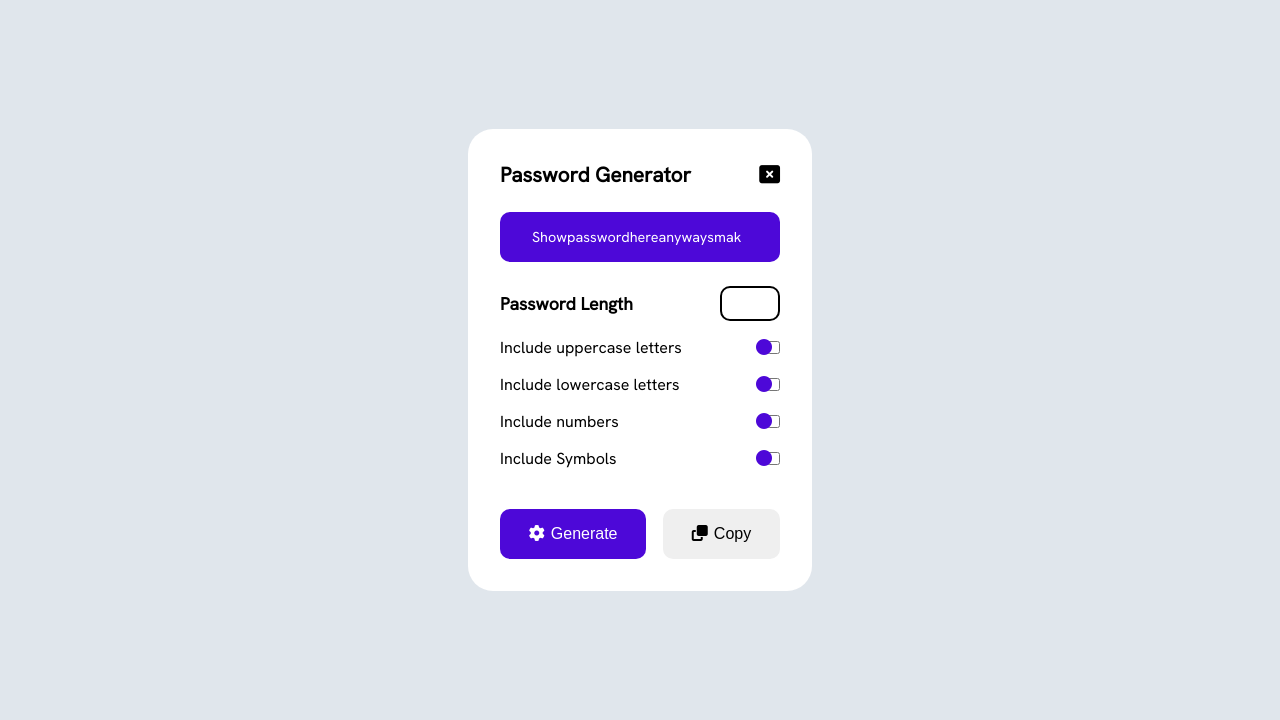
Repository: emiliaiwu/password_generator
Page: index.html
The author's editor kept a copy of each file at every save. The page is drawn from the files as they stood at one save, then again after a run of saves.
The browser window is 1280 px wide. The pictures show the whole page.
Some web libraries are served in a nearby version.

Above is the page before, as saved 2022-12-14 05:13:21.

After the next 2 saves:
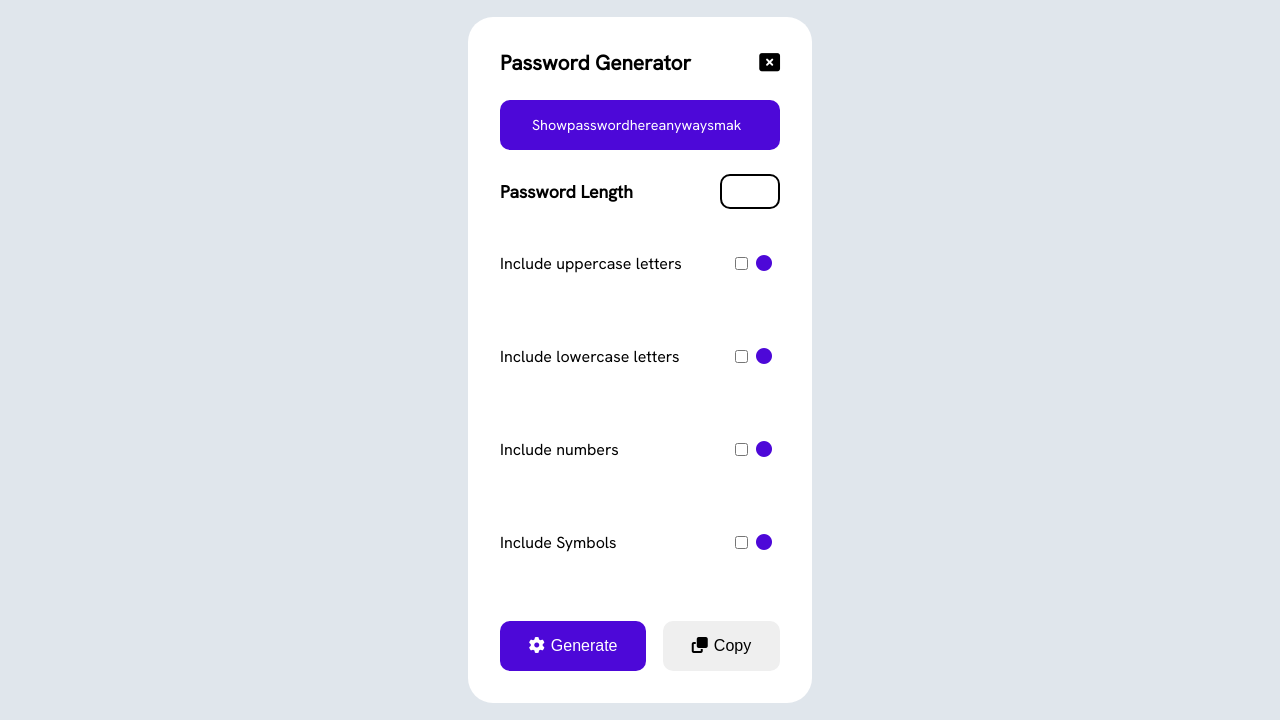
The 2 saves are shown as one change because they came seconds apart.
The last was saved 16 s later.
--- a/style.css
+++ b/style.css
@@ -123,7 +123,7 @@ label {
 .list input {
     /* opacity: 0; */
     cursor: pointer;
-    padding: 2rem;
+    margin: 2rem;
 }
 
 
